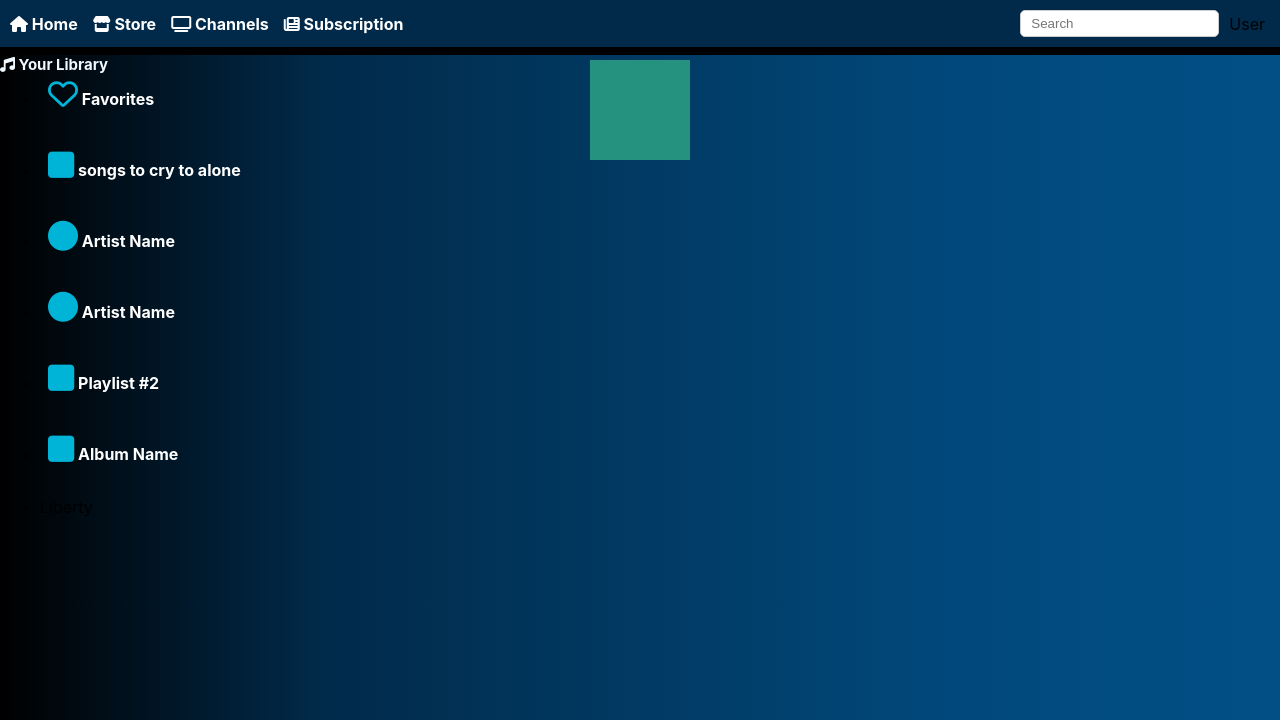
Repository: gordonnrat/group-2-project
Page: / (app in source-code/)
The author's editor kept a copy of each file at every save. The page is drawn from the files as they stood at one save, then again after the next save.
The browser window is 1280 px wide. The pictures show the whole page.
The project was rebuilt for these pictures with package versions that can differ from the ones it lists, and the page was loaded fresh each time. Also part of the build but not shown: source-code/src/App.css, source-code/src/App.js, source-code/src/components/pages/Login.js.

Above is the page before, as saved 2023-07-26 16:18:38.

### source-code/src/index.js
import React from 'react';
import ReactDOM from 'react-dom';
import './index.css';
import reportWebVitals from './reportWebVitals';
import {
  BrowserRouter as Router,
  Routes,
  Route,
  Link
} from "react-router-dom";

import App from './App';
import Home from './components/pages/Home';
import Login from './components/pages/Login';

ReactDOM.render(
  <React.StrictMode>
    <Router>
      <Routes>
        <Route path="/" element={<Home />} />
        <Route path="/login" element={<Login />} />
        {/* Add more routes here */}
        <Route path="/group-2-project" element={<Link to="/" />} />
      </Routes>
    </Router>
  </React.StrictMode>,
  document.getElementById('root')
);

// If you want to start measuring performance in your app, pass a function
// to log results (for example: reportWebVitals(console.log))
// or send to an analytics endpoint. Learn more: https://bit.ly/CRA-vitals
reportWebVitals();

### source-code/src/index.css
body {
  margin: 0;
  font-family: -apple-system, BlinkMacSystemFont, 'Segoe UI', 'Roboto', 'Oxygen',
    'Ubuntu', 'Cantarell', 'Fira Sans', 'Droid Sans', 'Helvetica Neue',
    sans-serif;
  -webkit-font-smoothing: antialiased;
  -moz-osx-font-smoothing: grayscale;
}

code {
  font-family: source-code-pro, Menlo, Monaco, Consolas, 'Courier New',
    monospace;
}

body {
  background: linear-gradient(0.25turn,black,#012A4A, #013A63, #01497C,#014F86);


}

### source-code/src/components/pages/Home.js
import React from "react";
import Navbar from "../Navbar";
import "./js.css";


function Home() {
  return (
    <div>
      <Navbar />
      <h1 className="top-heading">
        <i className="fas fa-music"></i> Your Library
      </h1>
      <ul>
        <li>Liberty</li>
      </ul>
      <div className="square-container">
        <div className="square"></div>
      </div>
    </div>
  );
}

export default Home;

### source-code/src/components/Navbar.js
import React from "react";
import { Link } from "react-router-dom";
import "./Navbar.css";
import "@fortawesome/fontawesome-free/css/all.min.css";

function Navbar() {
  return (
    <div>
      {/* Main Navbar */}
      <nav className="navbar">
        <ul className="left-nav">
          <li>
            <Link to="/">
              <i className="fas fa-home"></i> Home
            </Link>
          </li>
          <li>
            <Link to="/Store">
              <i className="fas fa-store"></i> Store
            </Link>
          </li>
          <li>
            <Link to="/Channels">
              <i className="fas fa-tv"></i> Channels
            </Link>
          </li>
          <li>
            <Link to="/Subscription">
              <i className="fas fa-newspaper"></i> Subscription
            </Link>
          </li>
        </ul>
        <div className="right-nav">
          <input type="text" placeholder="Search" />
          <div className="user-section">
            {/* Your user-related elements can go here */}
            <span>User</span>
          </div>
        </div>
      </nav>

      {/* Sidebar */}
      <aside className="sidebar">
        {/* Your sidebar content can go here */}
        <ul>
          <li>
            <Link to="/Favorites">
              <i className="far fa-heart"></i> Favorites
            </Link>
          </li>
          <li>
            <Link to="/songs to cry to alone">
              <i className="fas fa-square"></i> songs to cry to alone

            </Link>
          </li>
          {/* Add more sidebar items as needed */}

          <li>
          <Link to="/Artist Name">
              <i className="fas fa-circle"></i> Artist Name
            </Link>
            </li>


            <li>
            <Link to="/Artist Name">
              <i className="fas fa-circle"></i> Artist Name
            </Link>
            </li>

            <li>
            <Link to="/Playlist">
              <i className="fas fa-square"></i> Playlist #2
            </Link>
            </li>
            <li>
            <Link to="/Album Name">
              <i className="fas fa-square"></i> Album Name
            </Link>
            </li>













        </ul>
      </aside>
    </div>
  );
}

export default Navbar;

### source-code/src/components/pages/js.css
.square-container {
  display: flex;
  justify-content: center;
  align-items: flex-start; /* Align items to the top */
  height: 10vh; /* Set the height of the container to the full viewport height */
  margin-top: 0; /* Add this line to reset the top margin */
}

.square {
  width: 100px;
  height: 100px;
  background-color: rgb(37, 146, 128);
  position: absolute;
  top: 60px; /* This will position the square at the top of the page */
  left: 50%; /* This will horizontally center the square */
  transform: translateX(-50%); /* This will adjust the centering due to the width of the square */
}




  /* square.css (or create a new CSS file and import it) */
  .top-heading {
    position: absolute;
    top: 45px; /* Adjust the value to move it down as much as you want */
    left: 0;
    font-size: 15px;
    color: aliceblue;
  }

### source-code/src/components/Navbar.css

/* Navbar.css */

/* Navbar.css */

.navbar {
    background-color: #012A4A;
    padding: 10px;
    display: flex;
    justify-content: space-between;
    align-items: center;
    /* Add border line to the bottom of the navigation bar */
    border-bottom: 8px solid black; /* Replace #fff with your desired border color */
}



.left-nav {
    list-style-type: none;
    margin: 0;
    padding: 0;
    display: flex;
    align-items: center;
}

.left-nav li {
    margin-right: 15px;
}

.left-nav li:last-child {
    margin-right: 0;
}

.left-nav li a {
    text-decoration: none;
    color: white;
    font-size: 16px;
    font-weight: bold;
}

.left-nav li a:hover {
    color: white;
}

.right-nav {
    display: flex;
    align-items: center;
}

.right-nav input[type="text"] {
    padding: 5px 10px;
    border: 1px solid #ccc;
    border-radius: 5px;
    margin-right: 10px;
}

.user-section {
    display: flex;
    align-items: center;
}

.user-section span {
    margin-right: 5px;
}

.user-section img {
    width: 30px;
    height: 30px;
    border-radius: 50%;
}




  .sidebar li a {
    display: block;
    padding: 8px;
    color: white;
    text-decoration: none;
    position: relative;
  }

  .sidebar li {
    margin-bottom: 25px; /* Add space between each sidebar item */
  }

  .sidebar li a i {
    font-size: 30px;
    color: #00B4D8;
    position: relative;
    z-index: 2; /* Set z-index to place the icons in front of the border line */
  }


  .sidebar li a {
    text-decoration: none;
    color: white;
    font-size: 16px;
    font-weight: bold;
}

Loaded but not shown: source-code/public/index.html (common file); source-code/src/reportWebVitals.js (common file)

After the next save:
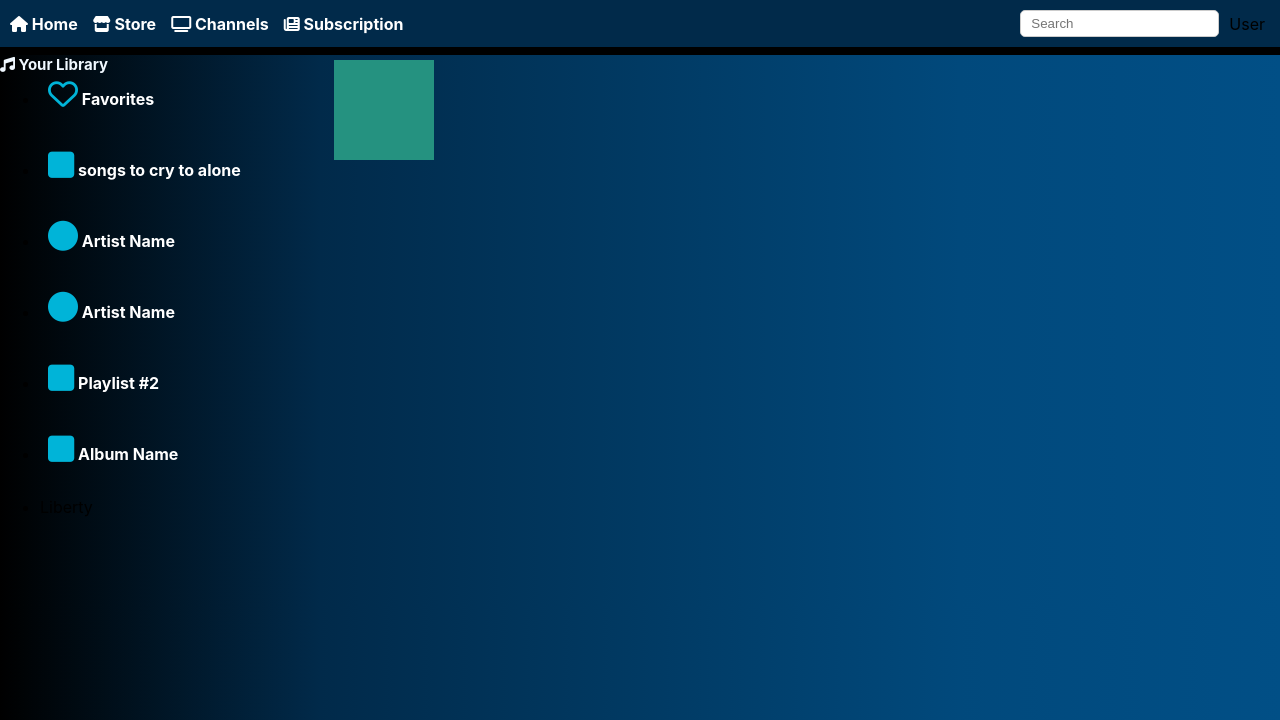
Saved 19 s later.
--- a/source-code/src/components/pages/js.css
+++ b/source-code/src/components/pages/js.css
@@ -12,7 +12,7 @@
   background-color: rgb(37, 146, 128);
   position: absolute;
   top: 60px; /* This will position the square at the top of the page */
-  left: 50%; /* This will horizontally center the square */
+  left: 30%; /* This will horizontally center the square */
   transform: translateX(-50%); /* This will adjust the centering due to the width of the square */
 }
 
